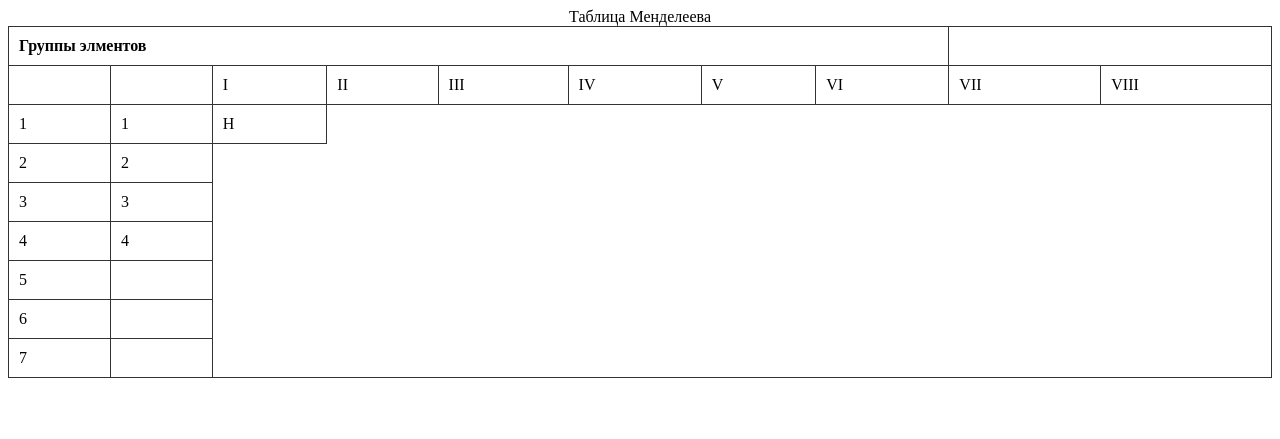
Repository: sannikovcode/exercises-a1
Page: JS/websites/01-periodic table/index.html
These files come from the project's save history. The page is drawn as it stood at one moment and after the next save; the edit follows.
The browser window is 1280 px wide. The pictures show the whole page.

Above is the page before, as saved 2025-10-17 17:47:58.

After the next save:
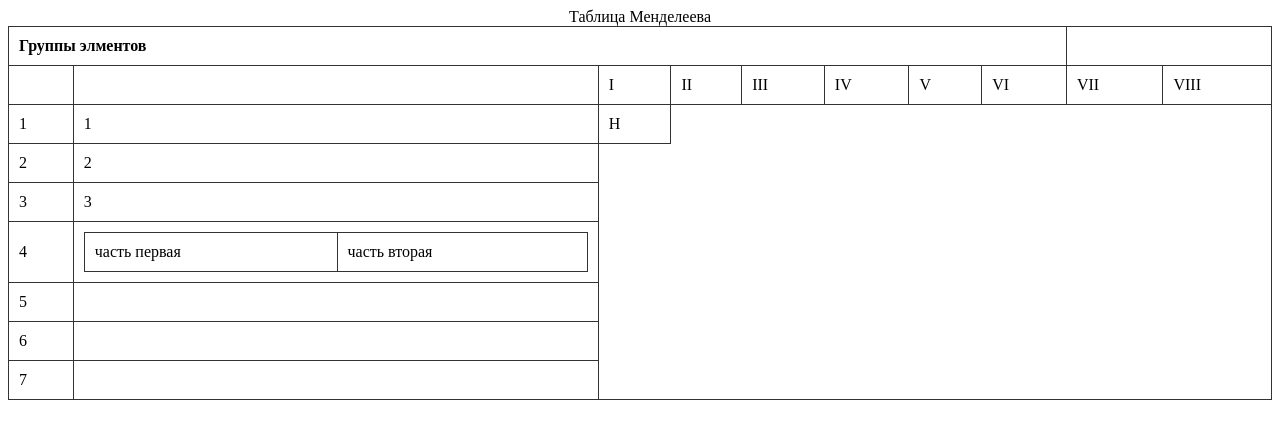
Saved 4 min 15 s later.
--- a/JS/websites/01-periodic table/index.html
+++ b/JS/websites/01-periodic table/index.html
@@ -49,7 +49,12 @@
             </tr>
             <tr>
                 <td>4</td>
-                <td>4</td>
+                <td>
+                    <table>
+                        <td>часть первая</td>
+                        <td>часть вторая</td>
+                    </table>
+                </td>
             </tr>
             <tr>
                 <td>5</td>

After the 3 saves that followed:
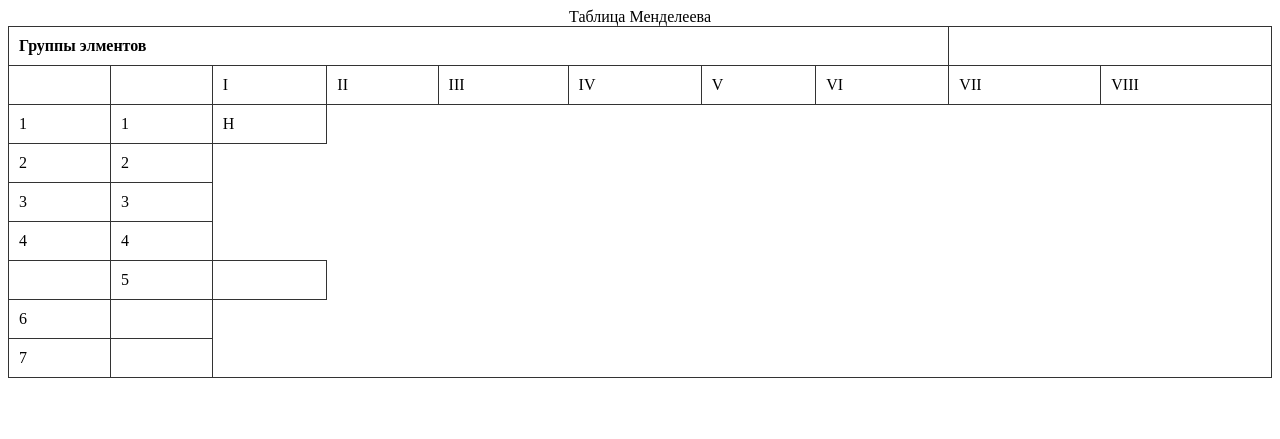
The 3 saves are shown as one change because 2 left the picture as it was.
The last was saved 2 min 48 s later.
--- a/JS/websites/01-periodic table/index.html
+++ b/JS/websites/01-periodic table/index.html
@@ -49,14 +49,10 @@
             </tr>
             <tr>
                 <td>4</td>
-                <td>
-                    <table>
-                        <td>часть первая</td>
-                        <td>часть вторая</td>
-                    </table>
-                </td>
+                <td>4</td>
             </tr>
             <tr>
+                <td></td>
                 <td>5</td>
                 <td></td>
             </tr>
